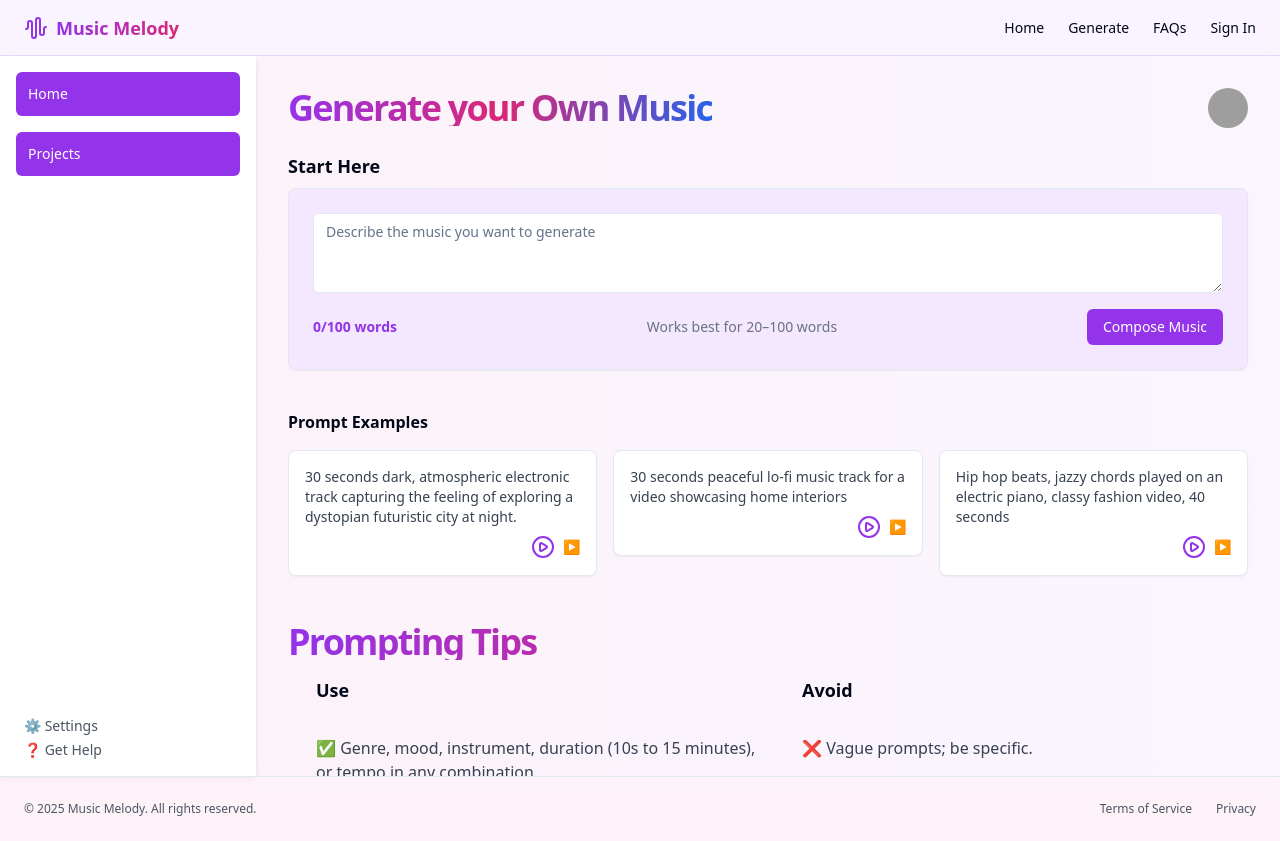
Repository: Aadityakesarwani/musicMelody
Page: /MusicMelodyUI
The author's editor kept a copy of each file at every save. The page is drawn from the files as they stood at one save, then again after a run of saves.
The browser window is 1280 px wide. The pictures show the whole page.
Pictures or frames that could not be fetched are drawn as grey boxes. An inner scrolling area shows only its first screen. The project was rebuilt for these pictures with package versions that can differ from the ones it lists, and the page was loaded fresh each time. Also part of the build but not shown: vite.config.js, src/components/ui/accordion.jsx, src/components/Faq.jsx, src/components/Hero.jsx, src/components/HowItWorks.jsx, src/context/AuthContext.jsx, src/components/SignIn.jsx, src/components/MusicSection.jsx and 7 more. Imported but missing from the stored project, and not drawn on this page: src/assets/1.mp4, src/assets/2.mp4, src/assets/3.mp4, src/assets/4.mp4, src/assets/5.mp4.

Above is the page before, as saved 2025-04-13 19:26:47.

After the next 2 saves:
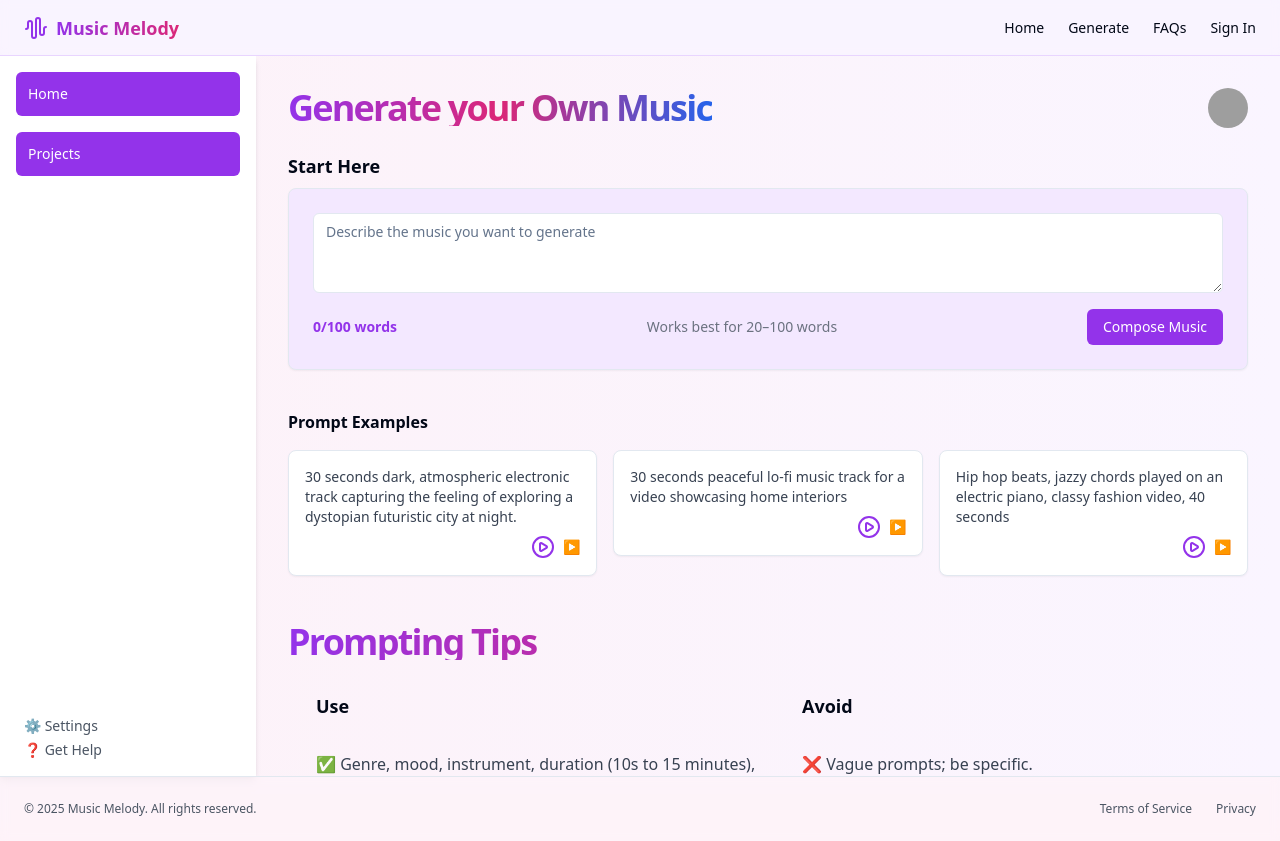
The 2 saves are shown as one change because they came seconds apart.
The last was saved 7 s later.
--- a/src/components/MusicMelodyUI.jsx
+++ b/src/components/MusicMelodyUI.jsx
@@ -99,7 +99,7 @@ export default function MusicMelodyUI() {
         <section className="mt-12  space-y-4 space-x-7 mb-7">
           <h3 className="text-xl font-bold tracking-tighter sm:text-2xl md:text-2xl lg:text-4xl/none bg-clip-text text-transparent
            bg-gradient-to-r from-purple-600 via-pink-600 to-blue-600 dark:from-purple-400
-           dark:via-pink-400 dark:to-blue-400 m">Prompting Tips</h3>
+           dark:via-pink-400 dark:to-blue-400 mb-8">Prompting Tips</h3>
           <div className="grid grid-cols-1 md:grid-cols-2 gap-10">
             {/* Use Column */}
             <div>
